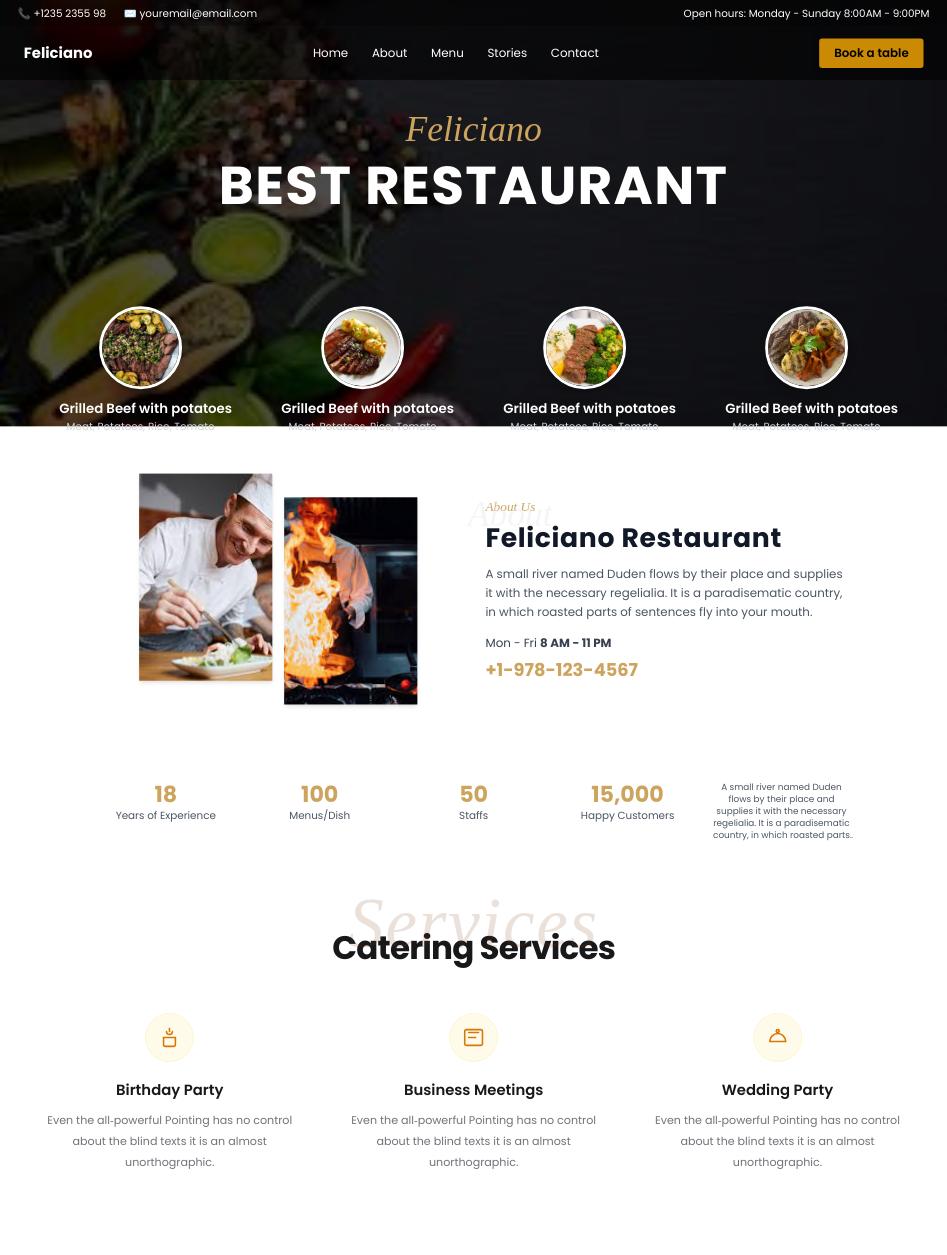
Repository: Purniagithub/Benttacproject
Page: /
An editor plug-in stored every save of this project. The page is shown before and after the next save, followed by the edit.
The browser window is 1280 px wide. The pictures show the whole page, at 74% of full size.
Some web fonts or font styles are not loaded; a fallback is used. The project was rebuilt for these pictures with package versions that can differ from the ones it lists, and the page was loaded fresh each time. Also part of the build but not shown: vite.config.js.

Above is the page before, as saved 2025-08-21 17:47:31.

### index.html
<!doctype html>
<html lang="en">
  <head>
    <meta charset="UTF-8" />
    <link rel="icon" type="image/svg+xml" href="/vite.svg" />
    <link href="https://fonts.googleapis.com/css2?family=Playfair+Display:ital,wght@1,500&family=Poppins:wght@400;600;700&display=swap" rel="stylesheet">

    <meta name="viewport" content="width=device-width, initial-scale=1.0" />
    <title>Vite + React</title>
  </head>
  <body>
    <div id="root"></div>
    <script type="module" src="/src/main.jsx"></script>
  </body>
</html>

### src/App.jsx
import React from "react";
import Navbar from "./components/Navbar";
import Hero from "./components/Hero";

function App() {
  return (
    <div className="font-poppins">
      <Navbar />
      <Hero />
    </div>
  );
}

export default App;

### src/components/Navbar.jsx
import React from "react";

const Navbar = () => {
  return (
    <header className="absolute top-0 left-0 w-full z-50">
      {/* Top bar */}
      <div className="flex justify-between items-center bg-black bg-opacity-70 text-white text-sm px-6 py-2">
        <div className="flex space-x-6">
          <span>📞 +1235 2355 98</span>
          <span>✉️ youremail@email.com</span>
        </div>
        <span>Open hours: Monday - Sunday 8:00AM - 9:00PM</span>
      </div>

      {/* Main Navbar */}
      <nav className="flex justify-between items-center bg-black bg-opacity-60 text-white px-8 py-4">
        <h1 className="text-xl font-bold">Feliciano</h1>
        <ul className="flex space-x-8 font-medium">
          <li><a href="#" className="hover:text-yellow-400">Home</a></li>
          <li><a href="#" className="hover:text-yellow-400">About</a></li>
          <li><a href="#" className="hover:text-yellow-400">Menu</a></li>
          <li><a href="#" className="hover:text-yellow-400">Stories</a></li>
          <li><a href="#" className="hover:text-yellow-400">Contact</a></li>
        </ul>
        <button className="bg-yellow-600 hover:bg-yellow-700 px-5 py-2 rounded text-black font-semibold">
          Book a table
        </button>
      </nav>
    </header>
  );
};

export default Navbar;

### src/components/Hero.jsx
import React from "react";
import AboutSection from "../components/AboutSection";
import CateringServices from "./CateringServices";

const dishes = [
  { id: 1, name: "Grilled Beef with potatoes", desc: "Meat, Potatoes, Rice, Tomato", img: "/dish-1.jpeg" },
  { id: 2, name: "Grilled Beef with potatoes", desc: "Meat, Potatoes, Rice, Tomato", img: "/dish-2.jpeg" },
  { id: 3, name: "Grilled Beef with potatoes", desc: "Meat, Potatoes, Rice, Tomato", img: "/dish-3.jpeg" },
  { id: 4, name: "Grilled Beef with potatoes", desc: "Meat, Potatoes, Rice, Tomato", img: "/dish-4.jpeg" },
];

const Hero = () => {
  return (
    <>
    <section
      className="relative h-[80vh] bg-cover bg-center flex flex-col justify-center items-center text-white px-4"
      style={{ backgroundImage: "url('/img-4.jpeg')" }}
    >
      {/* Dark overlay */}
      <div className="absolute inset-0 bg-black/70"></div>

      {/* Headings */}
      <div className="relative z-10 text-center mt-20 md:mt-32 lg:mt-40">
        <h2 className="text-3xl md:text-4xl lg:text-5xl font-serif italic text-[#CDA45E]">
          Feliciano
        </h2>
        <h1 className="text-4xl md:text-5xl lg:text-7xl font-extrabold tracking-wide mt-3 md:mt-4 uppercase">
          Best Restaurant
        </h1>
      </div>

      {/* Dish Cards */}
      <div className="relative z-10 grid grid-cols-1 sm:grid-cols-2 md:grid-cols-4 gap-10 md:gap-16 lg:gap-20 mt-16 md:mt-24 lg:mt-32">
        {dishes.map((dish) => (
          <div key={dish.id} className="text-center max-w-[220px] mx-auto">
            <img
              src={dish.img}
              alt={dish.name}
              className="w-24 h-24 md:w-28 md:h-28 object-cover rounded-full mx-auto border-4 border-white shadow-lg"
            />
            <h3 className="mt-3 font-semibold text-base md:text-lg whitespace-nowrap">
              {dish.name}
            </h3>
            <p className="text-xs md:text-sm text-gray-300">{dish.desc}</p>
          </div>
        ))}
      </div>
    </section>
     {/* Other sections */}
     <AboutSection />
     <CateringServices />
</>
  );
};

export default Hero;

### src/components/AboutSection.jsx
// src/components/AboutSection.jsx
import React from "react";

export default function AboutSection() {
  return (
    <section className="w-full bg-white py-16">
      <div className="max-w-5xl mx-auto text-center">
        {/* Top Grid (Images + Content) */}
        <div className="grid grid-cols-1 lg:grid-cols-2 gap-8 items-center">
          {/* Left Images */}
          <div className="flex justify-center gap-4">
            <img
              src="/chef-1.jpeg"
              alt="Chef serving"
              className="shadow-md object-cover h-[280px] w-[180px]"
            />
            <img
              src="/chef-5.jpeg"
              alt="Cooking food"
              className="shadow-md object-cover h-[280px] w-[180px] mt-8"
            />
          </div>

          {/* Right Content */}
          <div className="text-left lg:text-left">
            <h3 className="text-lg font-serif italic text-[#CDA45E] relative mb-2">
              <span className="absolute -left-6 top-0 text-5xl text-gray-200 opacity-40">
                About
              </span>
              About Us
            </h3>
            <h2 className="text-4xl font-bold text-gray-900 mb-4 tracking-wide">
              Feliciano Restaurant
            </h2>
            <p className="text-gray-600 mb-4 leading-relaxed">
              A small river named Duden flows by their place and supplies it
              with the necessary regelialia. It is a paradisematic country, in
              which roasted parts of sentences fly into your mouth.
            </p>

            <p className="text-gray-700 mb-2">
              Mon - Fri <span className="font-bold">8 AM - 11 PM</span>
            </p>
            <p className="text-2xl font-bold text-[#CDA45E]">
              +1-978-123-4567
            </p>
          </div>
        </div>

        {/* Stats Section */}
        <div className="grid grid-cols-2 sm:grid-cols-5 gap-4 mt-16 pt-10">
          <div className="text-center">
            <h4 className="text-3xl font-bold text-[#CDA45E]">18</h4>
            <p className="text-sm text-gray-600">Years of Experience</p>
          </div>
          <div className="text-center">
            <h4 className="text-3xl font-bold text-[#CDA45E]">100</h4>
            <p className="text-sm text-gray-600">Menus/Dish</p>
          </div>
          <div className="text-center">
            <h4 className="text-3xl font-bold text-[#CDA45E]">50</h4>
            <p className="text-sm text-gray-600">Staffs</p>
          </div>
          <div className="text-center">
            <h4 className="text-3xl font-bold text-[#CDA45E]">15,000</h4>
            <p className="text-sm text-gray-600">Happy Customers</p>
          </div>
          <div className="text-center text-xs line-clamp-5">
            <p className="text-xs text-gray-600">A small river named Duden flows by their place and supplies it
              with the necessary regelialia. It is a paradisematic country, in
              which roasted parts of sentences fly into your mouth.</p>
          </div>
        </div>
      </div>
    </section>
  );
}

### src/components/CateringServices.jsx
import React from "react";

function IconCake(props) {
  return (
    <svg viewBox="0 0 24 24" aria-hidden="true" {...props}>
      <g fill="none" stroke="currentColor" strokeWidth="1.6" strokeLinecap="round" strokeLinejoin="round">
        <path d="M12 3v3" />
        <path d="M9 6a3 3 0 1 0 6 0" />
        <path d="M6 12h12" />
        <path d="M6 12v7a2 2 0 0 0 2 2h8a2 2 0 0 0 2-2v-7" />
      </g>
    </svg>
  );
}

function IconMeeting(props) {
  return (
    <svg viewBox="0 0 24 24" aria-hidden="true" {...props}>
      <g fill="none" stroke="currentColor" strokeWidth="1.6" strokeLinecap="round" strokeLinejoin="round">
        <path d="M7 7h10M7 12h7" />
        <path d="M3 18a2 2 0 0 0 2 2h14a2 2 0 0 0 2-2V6a2 2 0 0 0-2-2H5a2 2 0 0 0-2 2z" />
      </g>
    </svg>
  );
}

function IconCloche(props) {
  return (
    <svg viewBox="0 0 24 24" aria-hidden="true" {...props}>
      <g fill="none" stroke="currentColor" strokeWidth="1.6" strokeLinecap="round" strokeLinejoin="round">
        <path d="M12 7a1.5 1.5 0 1 0 0-3 1.5 1.5 0 0 0 0 3z" />
        <path d="M4 16a8 8 0 1 1 16 0" />
        <path d="M4 16h16" />
      </g>
    </svg>
  );
}

const cards = [
  {
    title: "Birthday Party",
    text:
      "Even the all‑powerful Pointing has no control about the blind texts it is an almost unorthographic.",
    Icon: IconCake,
  },
  {
    title: "Business Meetings",
    text:
      "Even the all‑powerful Pointing has no control about the blind texts it is an almost unorthographic.",
    Icon: IconMeeting,
  },
  {
    title: "Wedding Party",
    text:
      "Even the all‑powerful Pointing has no control about the blind texts it is an almost unorthographic.",
    Icon: IconCloche,
  },
];

export default function CateringServices({
  id = "services",
  heading = "Catering Services",
  accent = "Services",
}) {
  return (
    <section id={id} className="relative isolate bg-white py-24 sm:py-28">
      {/* Accent word behind heading */}
      <div aria-hidden className="pointer-events-none absolute inset-x-0 -top-1 sm:top-0 text-center">
        <span className="select-none font-serif italic tracking-wide text-amber-900/15 text-7xl sm:text-8xl md:text-[96px] leading-none">
          {accent}
        </span>
      </div>

      <div className="mx-auto max-w-[1200px] px-4 -mt-16">
        {/* Main heading */}
        <h2 className="text-center text-[34px] sm:text-[38px] md:text-[44px] font-extrabold tracking-tight text-zinc-900">
          {heading}
        </h2>

        {/* Cards */}
        <div className="mt-14 grid grid-cols-1 md:grid-cols-3 gap-12 md:gap-16">
          {cards.map(({ title, text, Icon }) => (
            <article key={title} className="text-center">
              <div className="mx-auto mb-6 flex h-16 w-16 items-center justify-center rounded-full bg-amber-50 ring-1 ring-amber-100 text-amber-600">
                <Icon className="h-8 w-8" />
              </div>
              <h3 className="text-[20px] font-semibold text-zinc-900">{title}</h3>
              <p className="mt-3 mx-auto max-w-[340px] text-[15px] leading-7 text-zinc-500">
                {text}
              </p>
            </article>
          ))}
        </div>
      </div>
    </section>
  );
}

### tailwind.config.js
/** @type {import('tailwindcss').Config} */
export default {
  content: ["./index.html",
    "./src/**/*.{js,ts,jsx,tsx}",],
  theme: {
    extend: {fontFamily: {
      sans: ['Poppins', 'sans-serif'],
      serif: ['Playfair Display', 'serif'],
    },
    colors: {
      gold: "#CDA45E",
    },},
  },
  plugins: [],
}

Loaded but not shown: src/main.jsx (common file); src/index.css (common file)

After the next save:
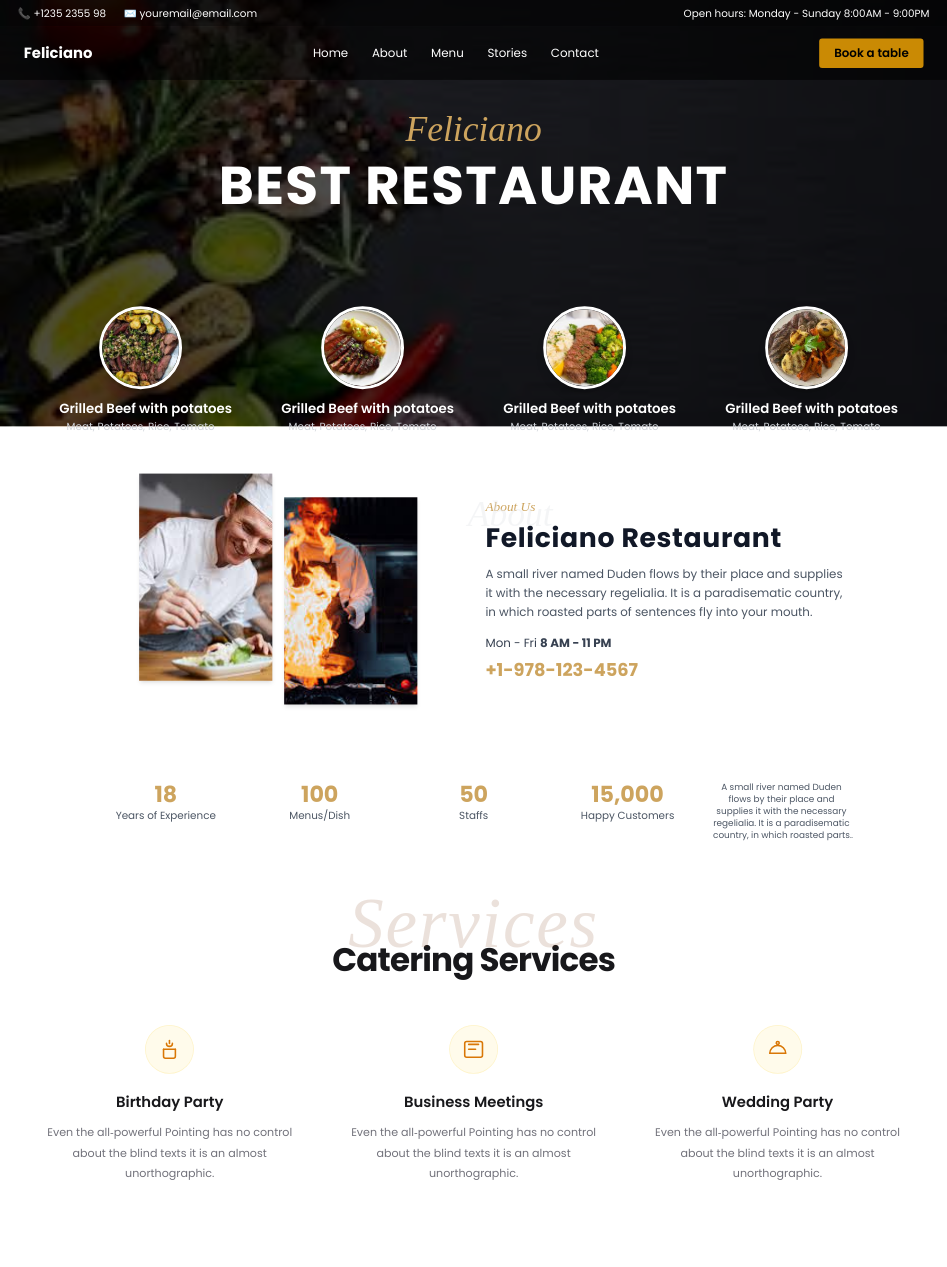
Saved 35 s later.
--- a/src/components/CateringServices.jsx
+++ b/src/components/CateringServices.jsx
@@ -71,7 +71,7 @@ export default function CateringServices({
         </span>
       </div>
 
-      <div className="mx-auto max-w-[1200px] px-4 -mt-16">
+      <div className="mx-auto max-w-[1200px] px-4 -mt-12">
         {/* Main heading */}
         <h2 className="text-center text-[34px] sm:text-[38px] md:text-[44px] font-extrabold tracking-tight text-zinc-900">
           {heading}
